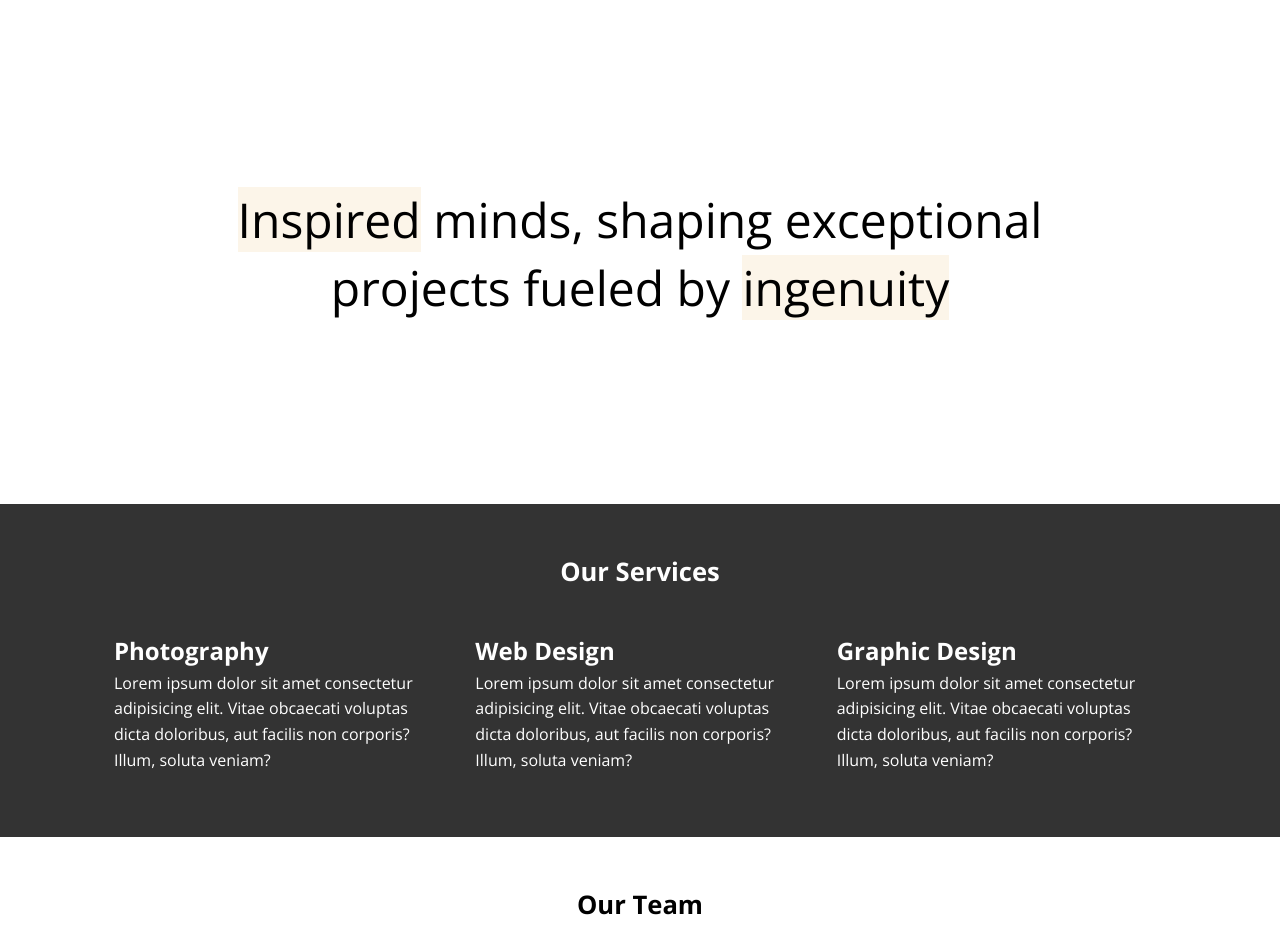
Repository: AchrafAzzaoui/lumina-creative-html-css-project
Page: lumina-creative/about.html
These files come from the project's save history. The page is drawn as it stood at one moment and after the next save; the edit follows.
The browser window is 1280 px wide. The pictures show the part of the page from y = 142 to 1088 px (the page is 2472 px tall before and 2584 px after).
A picture or video elsewhere on the page could not be fetched, so the positions and the page height are approximate. Some web libraries are served in a nearby version.

Above is the page before, as saved 2024-08-22 13:34:11.

### lumina-creative/about.html
<!DOCTYPE html>
<html lang="en">
  <head>
    <meta charset="UTF-8" />
    <meta name="viewport" content="width=device-width, initial-scale=1.0" />
    <title>About Lumina Creative</title>
    <link rel="preconnect" href="https://fonts.googleapis.com" />
    <link rel="preconnect" href="https://fonts.gstatic.com" crossorigin />
    <link
      rel="stylesheet"
      href="https://cdnjs.cloudflare.com/ajax/libs/font-awesome/6.6.0/css/all.min.css"
      integrity="sha512-Kc323vGBEqzTmouAECnVceyQqyqdsSiqLQISBL29aUW4U/M7pSPA/gEUZQqv1cwx4OnYxTxve5UMg5GT6L4JJg=="
      crossorigin="anonymous"
      referrerpolicy="no-referrer"
    />
    <link
      href="https://fonts.googleapis.com/css2?family=Open+Sans:ital,wght@0,300..800;1,300..800&display=swap"
      rel="stylesheet"
    />
    <link rel="stylesheet" href="css/styles.css" />
    <link rel="icon" href="images/favicon.ico" />
  </head>
  <body>
    <header class="header">
      <div class="container container-sm header-flex">
        <img src="images/logo.png" alt="Lumina Creative" class="logo" />
        <nav>
          <ul class="main-menu">
            <li><a href="index.html">Home</a></li>
            <li><a class="current" href="about.html">About</a></li>
            <li><a href="contact.html">Contact</a></li>
          </ul>
        </nav>
      </div>
    </header>

    <section class="hero">
      <div class="container container-sm">
        <h2>
          <span class="bg-primary">Inspired</span> minds, shaping exceptional
          projects fueled by <span class="bg-primary">ingenuity</span>
        </h2>
      </div>
    </section>

    <section class="services">
      <div class="container">
        <h2 class="section-heading">Our Services</h2>
        <div class="services-flex">
          <div class="service-item">
            <h4>Photography</h4>
            <p>
              Lorem ipsum dolor sit amet consectetur adipisicing elit. Vitae
              obcaecati voluptas dicta doloribus, aut facilis non corporis?
              Illum, soluta veniam?
            </p>
          </div>
          <div class="service-item">
            <h4>Web Design</h4>
            <p>
              Lorem ipsum dolor sit amet consectetur adipisicing elit. Vitae
              obcaecati voluptas dicta doloribus, aut facilis non corporis?
              Illum, soluta veniam?
            </p>
          </div>
          <div class="service-item">
            <h4>Graphic Design</h4>
            <p>
              Lorem ipsum dolor sit amet consectetur adipisicing elit. Vitae
              obcaecati voluptas dicta doloribus, aut facilis non corporis?
              Illum, soluta veniam?
            </p>
          </div>
        </div>
      </div>
    </section>

    <section class="team">
      <div class="container container-lg">
        <h2 class="section-heading">Our Team</h2>
        <div class="team-flex">
          <div class="team-item">
            <img src="images/team1.jpg" alt="team member" />
            <h4>Kevin Samson</h4>
            <p>Founder</p>
          </div>
          <div class="team-item">
            <img src="images/team2.jpg" alt="team member" />
            <h4>Rebecca William</h4>
            <p>Designer</p>
          </div>
          <div class="team-item">
            <img src="images/team3.jpg" alt="team member" />
            <h4>Ben Markson</h4>
            <p>Designer/Developer</p>
          </div>
        </div>
      </div>
    </section>
    <footer class="footer">
      <div class="container footer-flex">
        <img src="images/logo.png" alt="Lumina Creative" />
        <div class="contact">
          <h4>Contact Us</h4>
          <ul>
            <li>(555) 555-5555</li>
            <li>contact@lumina.test</li>
            <li>10 Main st Boston MA</li>
          </ul>
        </div>
        <div class="social">
          <h4>Follow Us</h4>
          <a href="#"><i class="fab fa-facebook fa-2x"></i></a>
          <a href="#"><i class="fab fa-twitter fa-2x"></i></a>
          <a href="#"><i class="fab fa-instagram fa-2x"></i></a>
          <a href="#"><i class="fab fa-pinterest fa-2x"></i></a>
          <a href="#"><i class="fab fa-tumblr fa-2x"></i></a>
        </div>
      </div>
    </footer>
  </body>
</html>

### lumina-creative/css/styles.css
* {
  margin: 0;
  padding: 0;
  box-sizing: border-box;
}

:root {
  --primary-color: #fcf5e9;
  --container-normal: 1100px;
  --container-wide: 1400px;
  --container-narrow: 900px;
}

body {
  font-family: "Open Sans", sans-serif;
  line-height: 1.6;
}
a {
  text-decoration: none;
  color: #333;
}
ul {
  list-style: none;
}
img {
  max-width: 100%;
}
/* utility classes */

.bg-primary {
  background-color: var(--primary-color);
}

.section-heading {
  font-size: 1.6rem;
  text-align: center;
  margin-bottom: 40px;
}
/* Container */

.container {
  max-width: var(--container-normal);
  margin: 0 auto;
  padding: 0 1.5rem;
}

.container-lg {
  max-width: var(--container-wide);
}

.container-sm {
  max-width: var(--container-narrow);
}

/* Header */
.header {
  margin: 1.5rem auto;
}
.header .logo {
  width: 130px;
}

.header .header-flex {
  display: flex;
  justify-content: space-between;
  align-items: center;
}

.header .main-menu {
  display: flex;
  gap: 1rem;
}

.header .main-menu a {
  padding: 0.5rem 1rem;
}

.header .main-menu a:hover {
  background-color: var(--primary-color);
}

.current {
  background-color: var(--primary-color);
  font-weight: 600;
}

/* Hero */
.hero {
  height: 500px;
  display: flex;
  flex-direction: column;
  justify-content: center;
  align-items: center;
  text-align: center;
}

.hero h2 {
  font-size: 3rem;
  line-height: 1.4;
  font-weight: normal;
}
/* Photo gallery */
.gallery-flex {
  display: flex;
  justify-content: center;
  flex-wrap: wrap;
  gap: 20px;
}
.gallery-item {
  width: calc(33.333% - 20px);
  border-radius: 10px;
}
.gallery-item img {
  border-radius: 10px;
}

.gallery-item:hover {
  opacity: 0.9;
}

/* footer styles */
.footer {
  border-top: 1px solid #aaa;
  padding: 2.5rem 1.5rem;
  margin-top: 2rem;
}

.footer-flex {
  display: flex;
  justify-content: space-between;
  align-items: center;
}

.footer img {
  width: 120px;
  height: 35px;
}

.footer h4 {
  font-size: 1rem;
  margin-bottom: 0.5rem;
}
.footer a {
  margin: 0.2rem;
}

/* Services */
.services {
  background-color: #333;
  color: #fff;
  padding: 3rem 0 4rem;
}
.services-flex {
  display: flex;
  gap: 2rem;
}
.service-item h4 {
  font-size: 1.5rem;
}
/* Team */
.team {
  padding: 3rem 0 4rem;
}

/* Media Queries */

@media (max-width: 768px) {
  .header .header-flex,
  .footer .footer-flex {
    flex-direction: column;
    gap: 1.5rem;
  }
  .hero {
    height: 300px;
  }

  .hero h2 {
    font-size: 1.8rem;
  }

  .gallery-item {
    width: calc(50% - 20px);
  }
  .footer .footer-flex {
    text-align: center;
  }
}

After the next save:
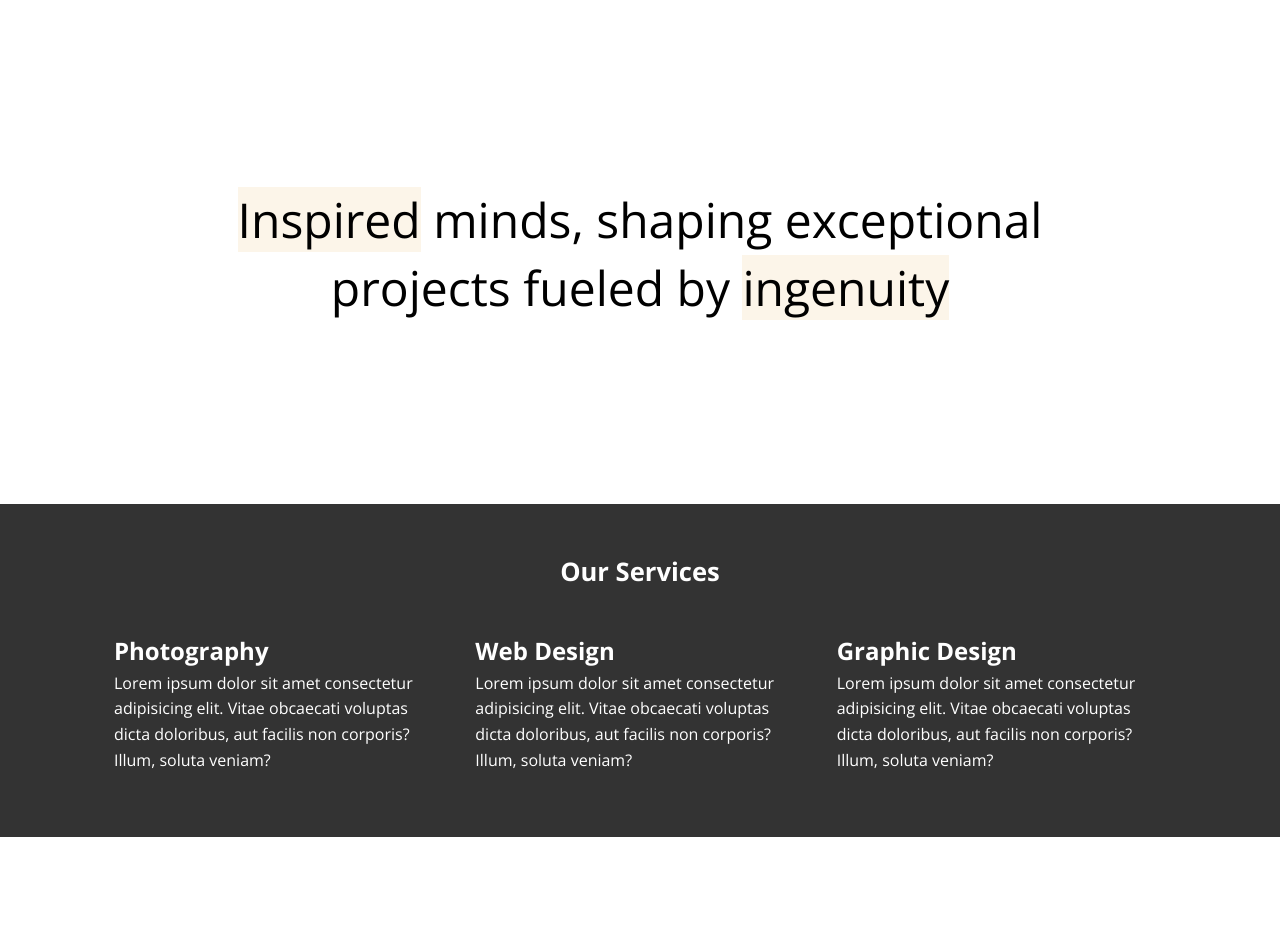
Saved 5 s later.
--- a/lumina-creative/css/styles.css
+++ b/lumina-creative/css/styles.css
@@ -159,7 +159,7 @@ img {
 }
 /* Team */
 .team {
-  padding: 3rem 0 4rem;
+  padding: 10rem 0 4rem;
 }
 
 /* Media Queries */
